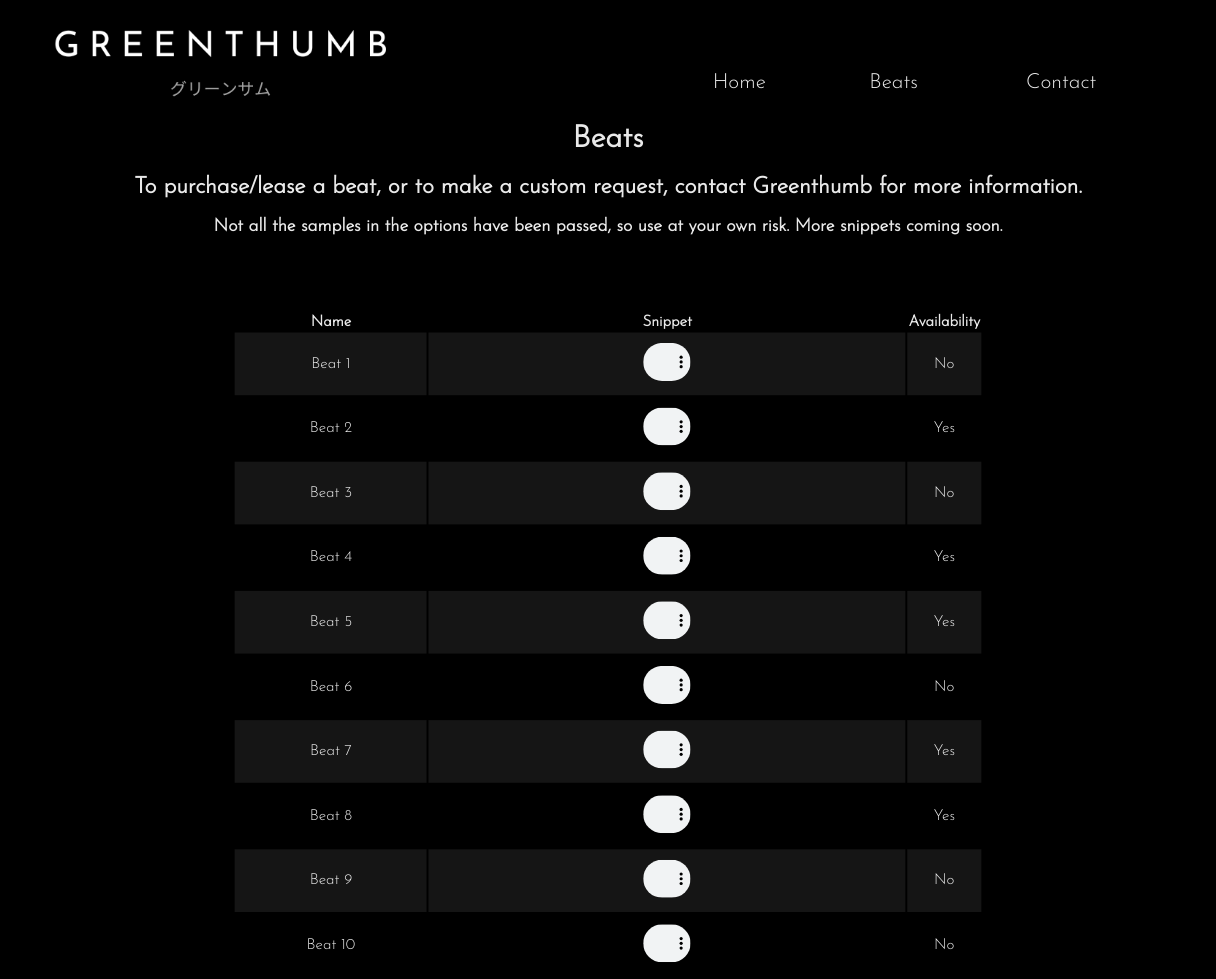
Repository: shayanabedi98/Greenthumb
Page: beats.html
The author's editor kept a copy of each file at every save. The page is drawn from the files as they stood at one save, then again after the next save.
The browser window is 1280 px wide. The pictures show the whole page, at 95% of full size.

Above is the page before, as saved 2023-08-17 16:51:54.

After the next save:
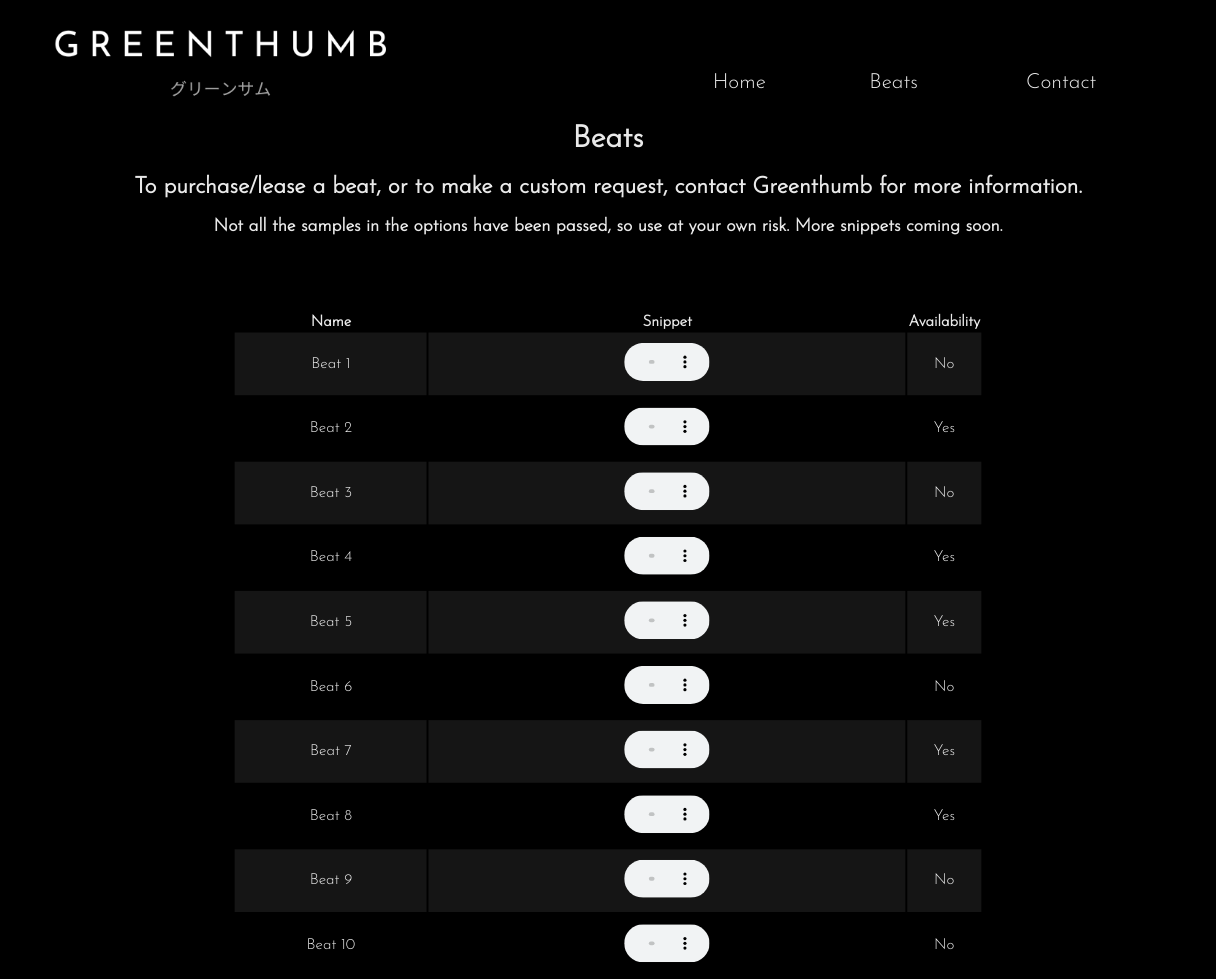
Saved 6 s later.
--- a/styles.css
+++ b/styles.css
@@ -220,6 +220,6 @@ footer nav ul {
 audio {
     height: 40px;
     padding: 10px;
-    width: 50px;
+    width: 90px;
 }
 /* Contact page */
